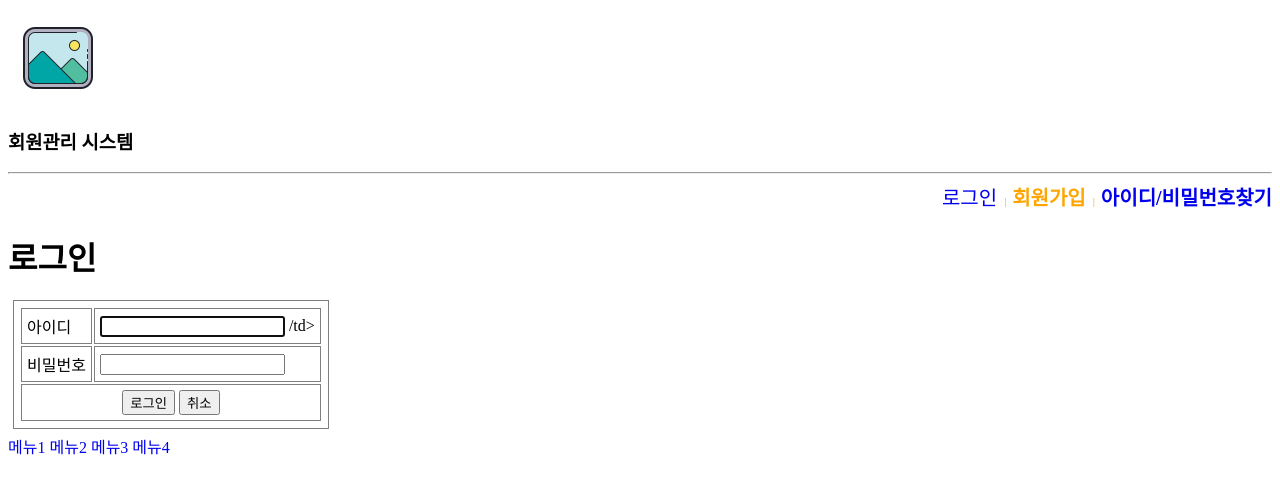
Repository: jelly02/workspace_web
Page: 04.css_basic/src/main/webapp/login.html
These files come from the project's save history. The page is drawn as it stood at one moment and after the next save; the edit follows.
The browser window is 1280 px wide. The pictures show the whole page.

Above is the page before, as saved 2021-06-28 05:11:46.

After the next save:
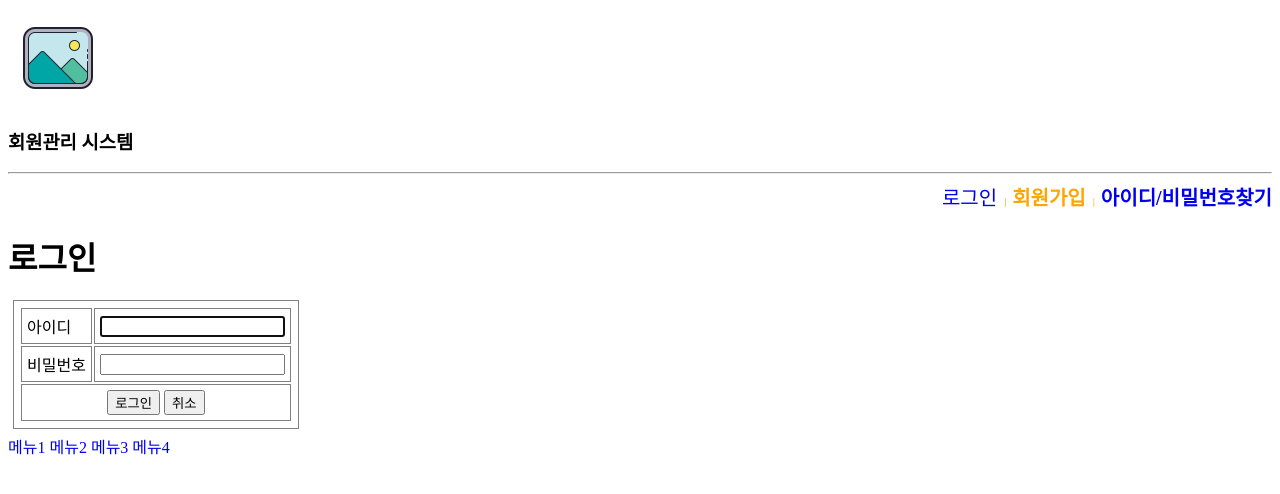
Saved 12 s later.
--- a/04.css_basic/src/main/webapp/login.html
+++ b/04.css_basic/src/main/webapp/login.html
@@ -51,7 +51,7 @@
 							<td>아이디</td>
 							<td>
 								<input type = "text" name="memberId" autofocus = "autofocus">
-							/td>
+							</td>
 						</tr>
 
 						<tr>
